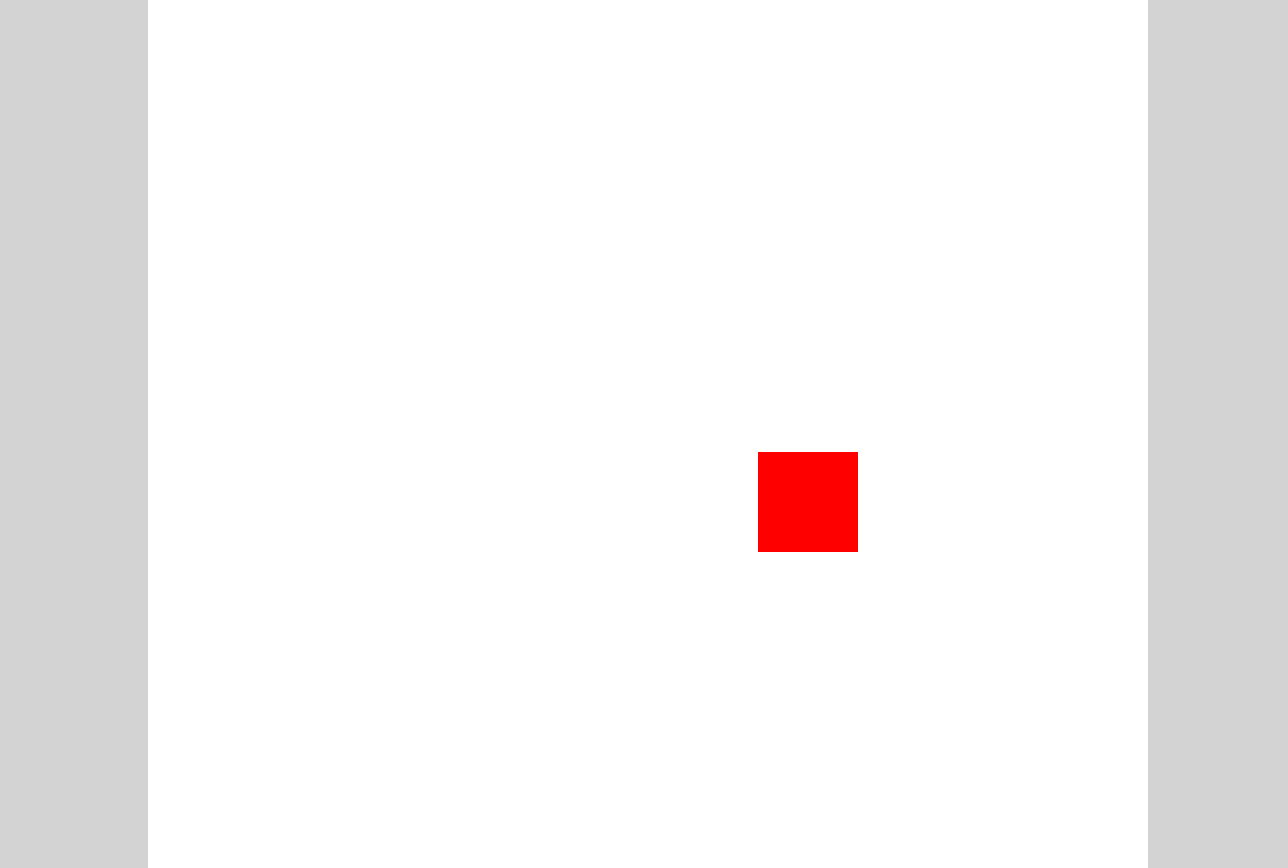
Repository: fbansept/ran3_24_jeu
Page: index.html
An editor plug-in stored every save of this project. The page is shown before and after the next save, followed by the edit.
The browser window is 1280 px wide. The page is 1288 px wide, so the pictures cover 1288 px, including what lies to the right of the window. The pictures show the whole page.

Above is the page before, as saved 2024-11-04 10:35:27.

After the next save:
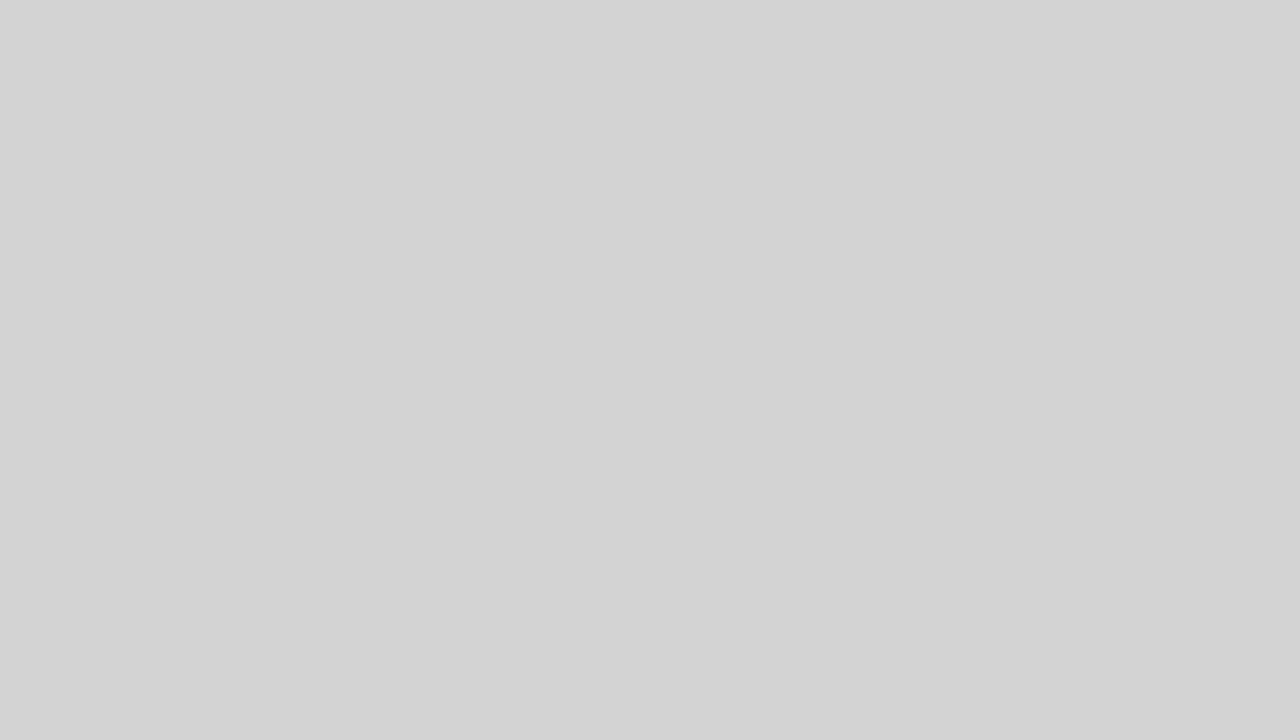
Console error: SyntaxError: Unexpected token ')'
Saved 18 s later.
--- a/script.js
+++ b/script.js
@@ -32,7 +32,7 @@
 
 
 
-document.addEventListener("keydown", function () {
+document.addEventListener("keydown", () {
   console.log("truc");
 });
 

After the 2 saves that followed:
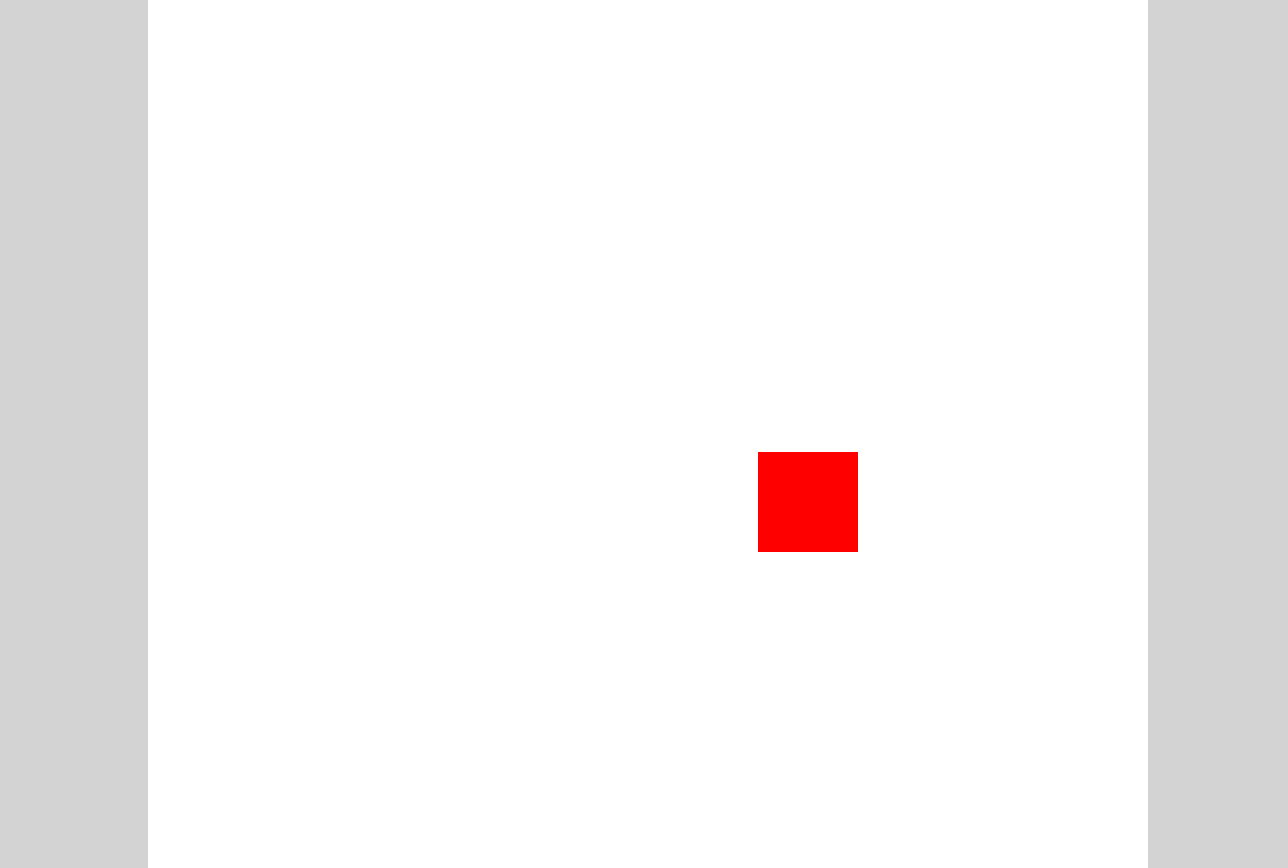
The error is gone.
The 2 saves are shown as one change because they came seconds apart.
The last was saved 6 s later.
--- a/script.js
+++ b/script.js
@@ -32,7 +32,7 @@
 
 
 
-document.addEventListener("keydown", () {
+document.addEventListener("keydown", () => {
   console.log("truc");
 });
 
